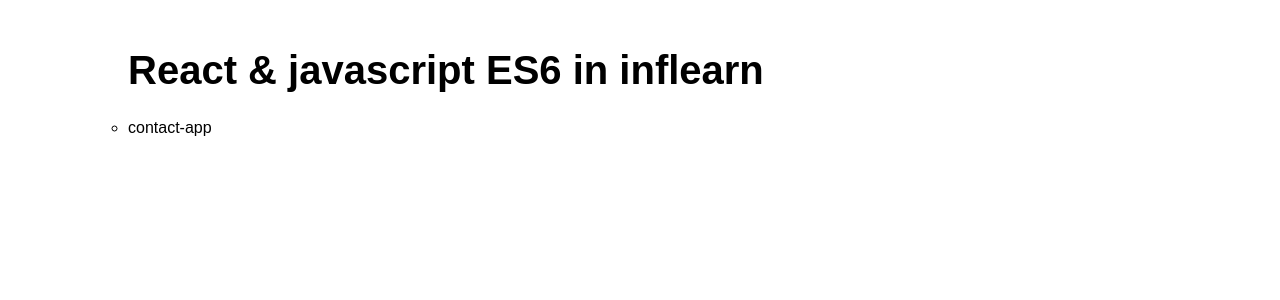
Repository: Hjinyyyy/react_beginner
Page: index.html
These files come from the project's save history. The page is drawn as it stood at one moment and after the next save; the edit follows.
The browser window is 1280 px wide. The pictures show the whole page.

Above is the page before, as saved 2021-10-26 14:30:07.

### index.html
<!DOCTYPE HTML>
<html lang="ko">
<head>
<meta charset="utf-8">
<meta http-equiv="Content-Type" content="text/html; charset=utf-8">
<meta http-equiv="X-UA-Compatible" content="IE=edge">
<meta http-equiv="Content-Security-Policy" content="upgrade-insecure-requests">
<meta name="viewport" content="initial-scale=1.0, width=device-width">

<title>React beginner</title>
<meta name="keywords" content="">
<meta name="description" content="">

<meta property="og:type" content="website">
<meta property="og:title" content="">
<meta property="og:description" content="">
<meta property="og:url" content="">
<meta property="og:image" content="">

<link rel="icon" href="../images/favicon.ico" type="image/x-icon">
<link rel="shortcut icon" href="#" type="image/x-icon">

<!-- PAGE CSS -->
<link rel="preconnect" href="https://fonts.gstatic.com">
<link href="https://fonts.googleapis.com/css2?family=Montserrat:wght@300;400;700&family=Noto+Sans+KR:wght@300;400;500;700&display=swap" rel="stylesheet">
<link href="/css/reset.css" rel="stylesheet">
<link href="/css/default.css" rel="stylesheet">

<!-- JS -->
</head>
<body>
<div class="wrap">
    <h2>React & javascript ES6 in inflearn</h2>
    <ul>
        <li><a href="https://hjinyyyy.github.io/react_beginner/contact-app">contact-app</a></li>
    </ul>
</div>
</body>
</html>

### css/reset.css
@charset "utf-8";

html, body, div, span, applet, object, iframe,
h1, h2, h3, h4, h5, h6, p, blockquote, pre,
a, abbr, acronym, address, big, cite, code,
del, dfn, em, img, ins, kbd, q, s, samp,
small, strike, strong, sub, sup, tt, var,
b, u, i, center,
dl, dt, dd, ol, ul, li,
fieldset, form, label, legend,
table, caption, tbody, tfoot, thead, tr, th, td,
article, aside, canvas, details, embed,
figure, figcaption, footer, header, hgroup,
menu, nav, output, ruby, section, summary,
time, mark, audio, video {
    margin: 0;
    padding: 0;
    border: 0;
    font-size: 100%;
    font: inherit;
    -webkit-tap-highlight-color:rgba(255,255,255,0);
    -moz-tap-highlight-color:rgba(255,255,255,0);
    box-sizing:border-box;
}
body {
    line-height: 1;
    -webkit-overflow-scrolling:touch;
}
article, aside, details, figcaption, figure, footer, header, menu, nav, section {
    display: block;
}
html {
    font-family:sans-serif;
    -ms-text-size-adjust:100%; /* ie */
    -webkit-text-size-adjust:100%; /* IOS */
    -moz-text-size-adjust:100%;
    text-size-adjust:100%;
}
ol, ul {
    list-style: none;
}
blockquote:before, blockquote:after, q:before, q:after {
    content: '';
    content: none;
}
table {
    border-collapse: collapse;
    border-spacing: 0;
}
img {
    vertical-align:middle;
    border:0;
}
a {
    font-family:inherit;
    color:inherit;
    text-decoration:none;
}
.clearfix:after {
    content:'';
    clear:both;
    display:block;
}
button, input, optgroup, select, textarea {
    color: inherit;
    font: inherit;
    margin: 0;
}
textarea, select  {
    appearance:none;
    -webkit-appearance:none;
    -moz-appearance:none;
    border-radius:0;
    -webkit-border-radius:0;
    box-sizing:border-box;
    -webkit-box-sizing:border-box;
}
input {
    line-height:normal;
    border-radius:0;
    -webkit-border-radius:0;
    box-sizing:border-box;
    -webkit-box-sizing:border-box;
}
input[type="text"], input[type="password"], input[type="tel"], input[type="url"], input[type="email"], input[type="number"] {
    appearance:none;
    -webkit-appearance:none;
    -moz-appearance:none;
    border-radius:0;
    -webkit-border-radius:0;
}
input[type="checkbox"], input[type="radio"] {
    box-sizing: border-box;
    padding: 0;
}
button, input[type="button"] {
    background:none;
    border:none;
    padding:0;
    margin:0;
    appearance:none;
    -webkit-appearance:none;
    -moz-appearance:none;
    border-radius:0;
    -webkit-border-radius:0;
    cursor:pointer;
}
button[disabled], input[disabled] {
    cursor: default;
}

### css/default.css
.wrap { margin: 50px auto; width: 80%; }
.wrap h2 { font-size: 2.5rem; font-weight: 600; }
.wrap ul { margin: 30px 0 0; }
.wrap li { list-style: circle; margin: 20px 0 0; }
.wrap li:first-child { margin: 0; }

After the next save:
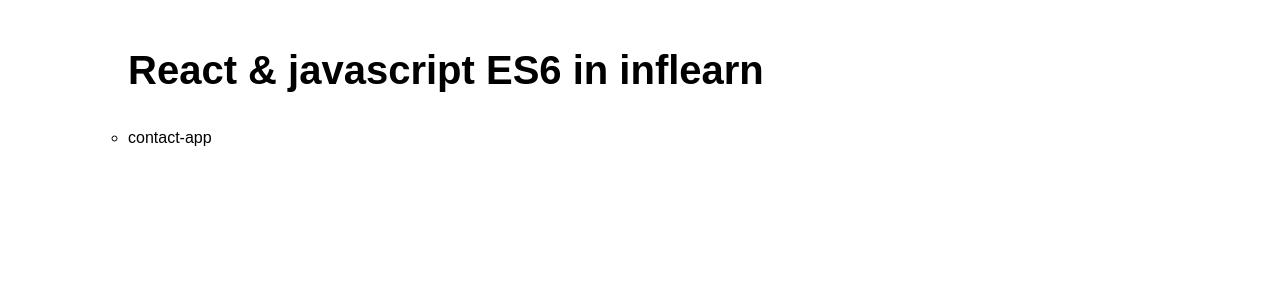
Saved 5 s later.
--- a/css/default.css
+++ b/css/default.css
@@ -1,5 +1,5 @@
 .wrap { margin: 50px auto; width: 80%; }
 .wrap h2 { font-size: 2.5rem; font-weight: 600; }
-.wrap ul { margin: 30px 0 0; }
+.wrap ul { margin: 40px 0 0; }
 .wrap li { list-style: circle; margin: 20px 0 0; }
 .wrap li:first-child { margin: 0; }
